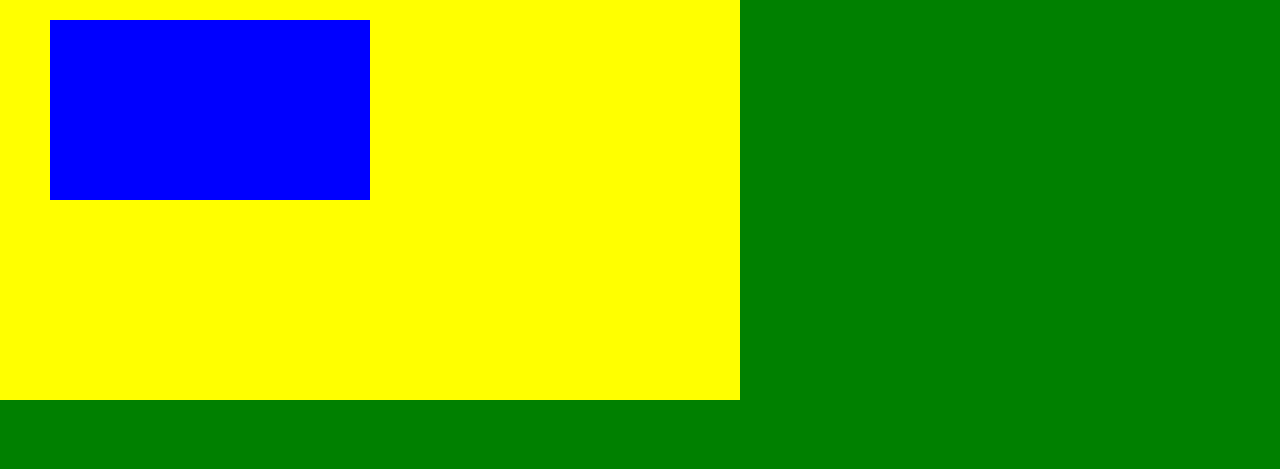
Repository: wonjunknag/kakao-clone
Page: 02-box-model/index.html
An editor plug-in stored every save of this project. The page is shown before and after the next save, followed by the edit.
The browser window is 1280 px wide. The pictures show the whole page.

Above is the page before, as saved 2020-06-30 23:04:09.

After the next save:
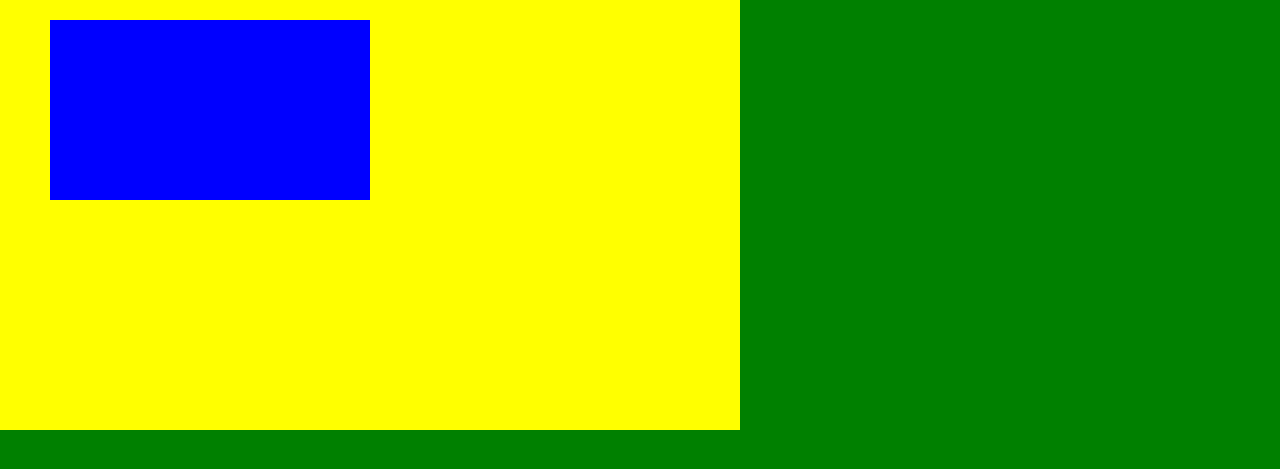
Saved 6 s later.
--- a/02-box-model/index.html
+++ b/02-box-model/index.html
@@ -17,7 +17,7 @@
         background-color: yellow;
         width: 50%;
         height: 50%;
-        padding: 20px 50px;
+        padding: 20px 50px 50px;
       }
       .inside-box {
         background-color: blue;
